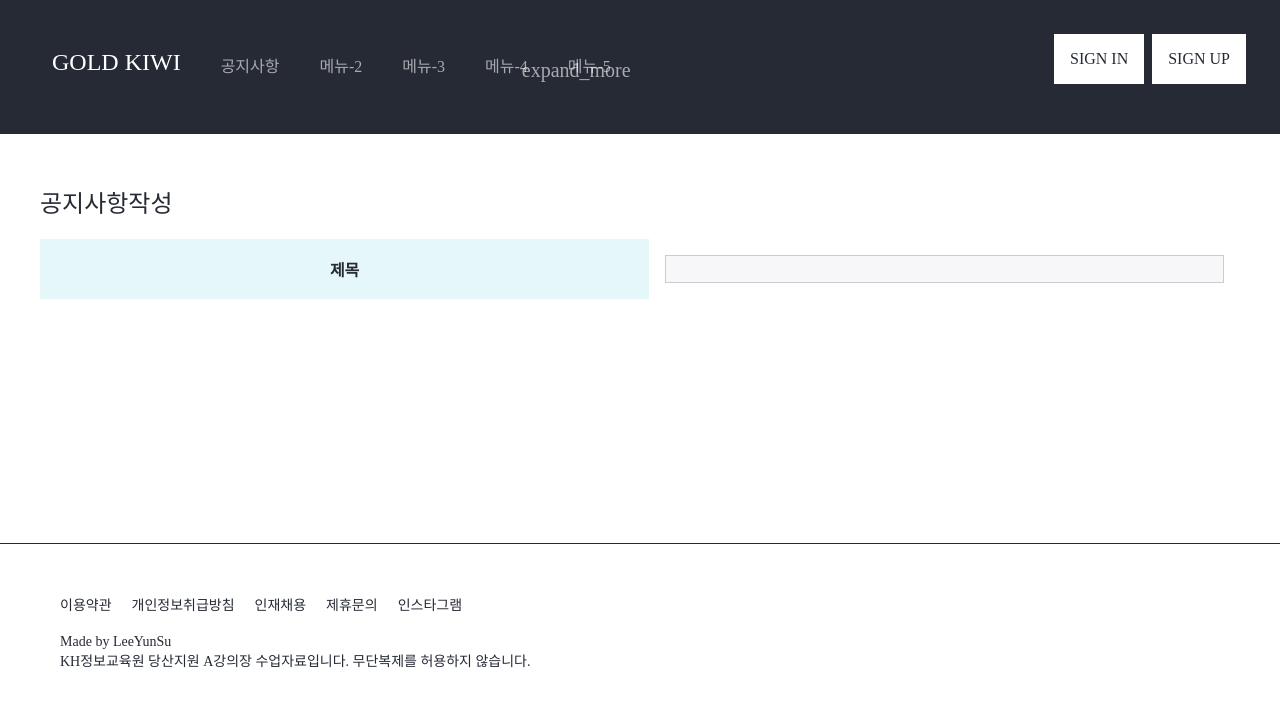
Repository: RiboKim/web-workspace
Page: http://localhost/07_mvc2WebProject/noticeWriteFrm.do
An editor plug-in stored every save of this project. The page is shown before and after the next save, followed by the edit.
The browser window is 1280 px wide. The pictures show the whole page.
Some web fonts or font styles are not loaded; a fallback is used. The page is served by Tomcat 9. Other server files are loaded and not shown.

Above is the page before, as saved 2023-02-16 06:37:22.

### 07_mvc2WebProject/src/main/webapp/WEB-INF/views/notice/noticeWriteFrm.jsp
<%@ page language="java" contentType="text/html; charset=UTF-8"
    pageEncoding="UTF-8"%>
<!DOCTYPE html>
<html>
<head>
<meta charset="UTF-8">
<title>Insert title here</title>
</head>
<body>
	<%@include file="/WEB-INF/views/common/header.jsp" %>
	<div class="page-content">
		<div class="page-title">공지사항작성</div>
		<form action="/noticeWrite.do" method="post" enctype="multipart/form-data"> <!-- 첨부파일이 있는 경우에는 무조건 post -->
			<table class="tbl" id="noticeWrite">
				<tr class="tr-1">
					<th class="td-3">제목</th>
					<td colspan="3">
						<intpu type="text" name="noticeTitle" class="input-form">
					</td>
				</tr>
			</table>
		</form>
	</div>
	<%@include file="/WEB-INF/views/common/footer.jsp" %>
</body>
</html>

### 07_mvc2WebProject/src/main/webapp/WEB-INF/views/common/header.jsp
<%@page import="kr.or.iei.member.model.vo.Member"%>
<%@ page language="java" contentType="text/html; charset=UTF-8"
    pageEncoding="UTF-8"%>
    <%
    	Member m = (Member)session.getAttribute("m");
    %>

	<!-- 구글 아이콘 -->
    <link href="https://fonts.googleapis.com/icon?family=Material+Icons" rel="stylesheet">
    <!-- jquery -->
    <script src="/js/jquery-3.6.0.js"></script>
    <!-- 기본 CSS -->
    <link rel="stylesheet" href="/css/default.css" />
    <!-- 기본 js -->
    <script src="/js/default.js"></script>

    <header>
      <div class="site-logo">
        <a href="/">GOLD KIWI</a>
      </div>
      <nav>
        <ul class="navi">
          <li><a href="/noticeList.do">공지사항</a></li>
          <li><a href="#">메뉴-2</a></li>
          <li><a href="#">메뉴-3</a></li>
          <li><a href="#">메뉴-4</a></li>
          <li>
			<a href="#">메뉴-5</a>
            <ul class="sub-navi">
              <li><a href="#">sub-1</a></li>
              <li><a href="#">sub-2</a></li>
              <li><a href="#">sub-3</a></li>
            </ul>
           </li>
        </ul>
      </nav>
      <div class="header-link">
      <%if(m == null){ %>
        <button class="btn bc11 modal-open-btn" target="#login-modal">SIGN IN</button>
        <a class="btn bc11" href="/signupFrm.do">SIGN UP</a>
      <%}else{ %>
      <%--<a class="btn bc11" href="/mypage1.do"><%=m.getMemberName() %></a> --%>
      <%--memberId를 mypage2.do로 넘겨주는거 --%>
      <a class="btn bc11" href="/mypage2.do?memberId=<%=m.getMemberId() %>"><%=m.getMemberName() %></a>

      <a class="btn bc11" href="/logout.do">LOGOUT</a>
      <%} %>
      </div>
    </header>
    <%if(m == null) {%>
    <div id="login-modal" class="modal-bg">
      <div class="modal-wrap">
        <div class="modal-head">
          <h2>SIGN IN</h2>
          <span class="material-icons close-icon modal-close">close</span>
        </div>
        <form action="/signin.do" method="post">
        <div class="modal-content">
          <div class="input-box">
          	<label for="signId">아이디</label>
          	<input type="text" name="signId" id="signId" class="input-form" placeholder="아이디입력">
          </div>
          <div class="input-box">
          	<label for="signPw">비밀번호</label>
          	<input type="password" name="signPw" id="signPw" class="input-form" placeholder="비밀번호입력">
          </div>
          <div class="input-box link-box">
          	<a href="#">아이디/비밀번호 찾기</a>
          </div>
        </div>
        <div class="modal-foot">
          <button type="submit" class="btn bc11">로그인</button>
          <button type="button" class="btn bc1 modal-close">취소</button>
        </div>
        </form>
      </div>
    </div>
    <%}%>

### 07_mvc2WebProject/src/main/webapp/WEB-INF/views/common/footer.jsp
<%@ page language="java" contentType="text/html; charset=UTF-8"
    pageEncoding="UTF-8"%>
	<footer>
      <div class="footer-content">
        <ul>
          <li><a href="#">이용약관</a></li>
          <li><a href="#">개인정보취급방침</a></li>
          <li><a href="#">인재채용</a></li>
          <li><a href="#">제휴문의</a></li>
          <li><a href="#">인스타그램</a></li>
        </ul>
        <p>Made by LeeYunSu</p>
        <p>
          KH정보교육원 당산지원 A강의장 수업자료입니다. 무단복제를 허용하지
          않습니다.
        </p>
      </div>
    </footer>

### 07_mvc2WebProject/src/main/java/kr/or/iei/notice/model/controller/NoticeWriteFrmServlet.java
package kr.or.iei.notice.model.controller;

import java.io.IOException;

import javax.servlet.RequestDispatcher;
import javax.servlet.ServletException;
import javax.servlet.annotation.WebServlet;
import javax.servlet.http.HttpServlet;
import javax.servlet.http.HttpServletRequest;
import javax.servlet.http.HttpServletResponse;

/**
 * Servlet implementation class NoticeWriteFrmServlet
 */
@WebServlet(name = "NoticeWriteFrm", urlPatterns = { "/noticeWriteFrm.do" })
public class NoticeWriteFrmServlet extends HttpServlet {
	private static final long serialVersionUID = 1L;

    /**
     * @see HttpServlet#HttpServlet()
     */
    public NoticeWriteFrmServlet() {
        super();
        // TODO Auto-generated constructor stub
    }

	/**
	 * @see HttpServlet#doGet(HttpServletRequest request, HttpServletResponse response)
	 */
	protected void doGet(HttpServletRequest request, HttpServletResponse response) throws ServletException, IOException {
		//1.인코딩
		//2.값추출
		//3.비즈니스로직
		//4.결과처리
		RequestDispatcher view = request.getRequestDispatcher("/WEB-INF/views/notice/noticeWriteFrm.jsp");
		view.forward(request, response);
	}

	/**
	 * @see HttpServlet#doPost(HttpServletRequest request, HttpServletResponse response)
	 */
	protected void doPost(HttpServletRequest request, HttpServletResponse response) throws ServletException, IOException {
		// TODO Auto-generated method stub
		doGet(request, response);
	}

}

### 07_mvc2WebProject/src/main/webapp/css/default.css
/* 사용할 font 선언 */
@font-face {
  font-family: ns-thin;
  src: url(../font/NotoSansKR-Thin.otf);
}
@font-face {
  font-family: ns-light;
  src: url(../font/NotoSansKR-Light.otf);
}
@font-face {
  font-family: ns-m;
  src: url(../font/NotoSansKR-Medium.otf);
}
@font-face {
  font-family: ns-bold;
  src: url(../font/NotoSansKR-Bold.otf);
}
@font-face {
  font-family: ns-black;
  src: url(../font/NotoSansKR-Black.otf);
}
/*
    사이트 사용 색상
    balck : #252A34
    darkgray : #393E46
    lightgray : #EEEEEE
    dark-mint : #00ADB5
    mint : #08D9D6
    point-red : #FF2E63
    point-pink : #F85F73
    point-violet : #892CDC
*/
/* 전체태그 기본 margin, padding 제거 */
/* 기본 글씨 색 및 폰트 설정 */

* {
  margin: 0;
  padding: 0;
  color: #252a34;
  font-family: ns-m;
}
body {
  display: flex;
  flex-direction: column;
  min-height: 100vh;
}
/* 기본화면 레이아웃 */
a {
  text-decoration: none;
}
header {
  background-color: #252a34;
  padding: 32px;
  display: flex;
  min-width: 1200px;
}
header > *:not(.header-link) {
  float: left;
}
header > .site-logo {
  padding: 0px 20px;
}
header > .site-logo > a {
  color: #fff;
  font-family: ns-bold;
  font-size: 24px;
  line-height: 60px;
}
header > nav {
  flex-grow: 1;
}

header > nav > .navi {
  list-style-type: none;
}
header > nav > .navi > li {
  float: left;
  position: relative;
}
header > nav > .navi > li > a {
  display: block;
  color: rgba(255, 255, 255, 0.6);
  padding: 5px 20px;
  transition-duration: 0.5s;
  line-height: 60px;
}
header > nav > .navi > li:hover > a,
header > nav > .navi > li:hover > a + span {
  color: rgba(255, 255, 255, 1);
}
header > nav > .navi > li:hover > .sub-navi {
  display : block;
}
header > nav .sub-navi {
  position: absolute;
  background-color: #fff;
  list-style-type: none;
  display: none;
  border: 1px solid rgba(0, 0, 0, 0.2);
  left: 10px;
  min-width: 10rem;
}
header > nav .sub-navi > li {
  padding: 0.25rem 1rem;
}
header > nav .sub-navi > li > a {
  display: block;
}
header > nav .sub-navi > li:hover {
  background-color: rgba(0, 0, 0, 0.05);
}
.material-icons.dropdown {
  font-size: 20px;
  color: rgba(255, 255, 255, 0.6);
  position: absolute;
  right: 0px;
  top: 27px;
  transition-duration: 0.5s;
}
.material-icons.dropdown:hover {
  cursor: pointer;
}
.page-content {
  width: 1200px;
  margin: 30px auto;
  margin-bottom: 10px;
  flex-grow: 1;
}
.page-title {
  font-family: ns-bold;
  padding: 20px 0px;
  font-size: 1.5rem;
}
footer {
  padding: 50px;
  border-top: 1px solid #252a34;
}
footer > .footer-content {
  width: 1200px;
  margin: 0 auto;
  padding: 0px 10px;
}
footer > .footer-content * {
  font-size: 14px;
}
footer > .footer-content > ul {
  list-style-type: none;
  overflow: hidden;
  margin-bottom: 20px;
}
footer > .footer-content > ul > li {
  float: left;
}
footer > .footer-content > ul > li > a {
  padding-right: 20px;
}

/* font 클래스*/
.f-thin {
  font-family: ns-thin;
}
.f-light {
  font-family: ns-light;
}
.f-medium {
  font-family: ns-m;
}
.f-bold {
  font-family: ns-bold;
}
.f-black {
  font-family: ns-black;
}

/* 글씨 색 */
.fc-1 {
  color: #252a34;
}
.fc-2 {
  color: #393e46;
}
.fc-3 {
  color: #eeeeee;
}
.fc-4 {
  color: #00adb5;
}
.fc-5 {
  color: #08d9d6;
}
.fc-6 {
  color: #ff2e63;
}
.fc-7 {
  color: #f85f73;
}
.fc-8 {
  color: #892cdc;
}

/* 배경 색*/
.bg-1 {
  background-color: #252a34;
}
.bg-2 {
  background-color: #393e46;
}
.bg-3 {
  background-color: #eeeeee;
}
.bg-4 {
  background-color: #00adb5;
}
.bg-5 {
  background-color: #08d9d6;
}
.bg-6 {
  background-color: #ff2e63;
}
.bg-7 {
  background-color: #f85f73;
}
.bg-8 {
  background-color: #892cdc;
}

/* 테이블 디자인 */
.tbl {
  width: 100%;
  border-spacing: 0px;
  border-collapse: collapse;
}
.tbl th,
.tbl td {
  padding: 1rem;
  text-align: center;
}
.tbl .tr-1 {
  background-color: rgba(255, 255, 255, 1);
}
.tbl .tr-2 {
  background-color: rgba(57, 62, 70, 0.1);
}
.tbl .tr-3 {
  background-color: rgba(0, 173, 181, 0.1);
}
.tbl .tr-4 {
  background-color: rgba(137, 44, 220, 0.1);
}
.tbl .tr-5 {
  background-color: rgba(255, 46, 999, 0.1);
}
.tbl .td-1 {
  background-color: rgba(255, 255, 255, 1);
}
.tbl .td-2 {
  background-color: rgba(57, 62, 70, 0.1);
}
.tbl .td-3 {
  background-color: rgba(0, 173, 181, 0.1);
}
.tbl .td-4 {
  background-color: rgba(137, 44, 220, 0.1);
}
.tbl .td-5 {
  background-color: rgba(255, 46, 999, 0.1);
}
.tbl.tbl-hover .tr-1:hover {
  background-color: rgba(0, 0, 0, 0.05);
}
.tbl.tbl-hover .tr-2:hover {
  background-color: rgba(57, 62, 70, 0.15);
}
.tbl.tbl-hover .tr-3:hover {
  background-color: rgba(0, 173, 181, 0.15);
}
.tbl.tbl-hover .tr-4:hover {
  background-color: rgba(137, 44, 220, 0.15);
}
.tbl.tbl-hover .tr-5:hover {
  background-color: rgba(255, 46, 999, 0.15);
}

/* 버튼 디자인 */
.btn {
  border: none;
  padding: 1rem;
  display: inline-block;
  box-sizing: border-box;
  transition-duration: 0.5s;
  font-size: 16px;
  font-family: ns-light;
}
.bc1 {
  background-color: rgba(37, 42, 52, 0.9);
  color: #fff;
  border: 2px solid rgba(37, 42, 52, 0.9);
}
.bc1:hover {
  background-color: rgba(37, 42, 52, 1);
  cursor: pointer;
}
.bc2 {
  background-color: rgba(57, 62, 70, 0.9);
  color: #fff;
  border: 2px solid rgba(57, 62, 70, 0.9);
}
.bc2:hover {
  background-color: rgba(57, 62, 70, 1);
  cursor: pointer;
}
.bc3 {
  background-color: rgba(238, 238, 238, 0.9);
  color: #252a34;
  border: 2px solid rgba(238, 238, 238, 0.9);
}
.bc3:hover {
  background-color: rgba(238, 238, 238, 1);
  cursor: pointer;
}
.bc4 {
  background-color: rgba(0, 173, 181, 0.9);
  color: #fff;
  border: 2px solid rgba(0, 173, 181, 0.9);
}
.bc4:hover {
  background-color: rgba(0, 173, 181, 1);
  cursor: pointer;
}
.bc5 {
  background-color: rgba(8, 217, 214, 0.9);
  color: #fff;
  border: 2px solid rgba(8, 217, 214, 0.9);
}
.bc5:hover {
  background-color: rgba(8, 217, 214, 1);
  cursor: pointer;
}
.bc6 {
  background-color: rgba(255, 46, 99, 0.9);
  color: #fff;
  border: 2px solid rgba(255, 46, 99, 0.9);
}
.bc6:hover {
  background-color: rgba(255, 46, 99, 1);
  cursor: pointer;
}
.bc7 {
  background-color: rgba(248, 95, 115, 0.9);
  color: #fff;
  border: 2px solid rgba(248, 95, 115, 0.9);
}
.bc7:hover {
  background-color: rgba(248, 95, 115, 1);
  cursor: pointer;
}
.bc8 {
  background-color: rgba(137, 44, 220, 0.9);
  color: #fff;
  border: 2px solid rgba(137, 44, 220, 0.9);
}
.bc8:hover {
  background-color: rgba(137, 44, 220, 1);
  cursor: pointer;
}
.bc11 {
  color: rgba(37, 42, 52, 1);
  background-color: #fff;
  border: 2px solid rgba(37, 42, 52, 1);
}
.bc11:hover {
  background-color: rgba(37, 42, 52, 1);
  cursor: pointer;
  color: #fff;
}
.bc22 {
  color: rgba(57, 62, 70, 1);
  background-color: #fff;
  border: 2px solid rgba(57, 62, 70, 1);
}
.bc22:hover {
  background-color: rgba(57, 62, 70, 1);
  cursor: pointer;
  color: #fff;
}
.bc33 {
  color: rgba(37, 42, 52, 1);
  background-color: #fff;
  border: 2px solid rgba(238, 238, 238, 1);
}
.bc33:hover {
  background-color: rgba(238, 238, 238, 1);
  cursor: pointer;
  color: rgba(37, 42, 52, 1);
}
.bc44 {
  color: rgba(0, 173, 181, 1);
  background-color: #fff;
  border: 2px solid rgba(0, 173, 181, 1);
}
.bc44:hover {
  background-color: rgba(0, 173, 181, 1);
  color: #fff;
  cursor: pointer;
}
.bc55 {
  color: rgba(8, 217, 214, 1);
  background-color: #fff;
  border: 2px solid rgba(8, 217, 214, 1);
}
.bc55:hover {
  background-color: rgba(8, 217, 214, 1);
  color: #fff;
  cursor: pointer;
}
.bc66 {
  color: rgba(255, 46, 99, 1);
  background-color: #fff;
  border: 2px solid rgba(255, 46, 99, 1);
}
.bc66:hover {
  background-color: rgba(255, 46, 99, 1);
  color: #fff;
  cursor: pointer;
}
.bc77 {
  color: rgba(248, 95, 115, 1);
  background-color: #fff;
  border: 2px solid rgba(248, 95, 115, 1);
}
.bc77:hover {
  background-color: rgba(248, 95, 115, 1);
  color: #fff;
  cursor: pointer;
}
.bc88 {
  color: rgba(137, 44, 220, 1);
  background-color: #fff;
  border: 2px solid rgba(137, 44, 220, 1);
}
.bc88:hover {
  background-color: rgba(137, 44, 220, 1);
  color: #fff;
  cursor: pointer;
}
.bs1 {
  padding: 1rem;
}
.bs2 {
  padding: 1.5rem;
  font-size: 1.1em;
}
.bs3 {
  padding: 2rem;
  font-size: 1.2em;
}
.bs4 {
  width: 100%;
  padding: 2rem;
  font-size: 1.2em;
}
/* input 디자인 */
.input-form {
  width: 100%;
  display: block;
  padding: 0.8rem;
  background-color: #fff;
  outline: none;
  border: 1px solid #ccc;

  box-sizing: border-box;
}
.input-form:focus {
  box-shadow: 0 0 0 0.1rem #eee;
}

textarea.input-form {
  resize: none;
  min-height: 300px;
}
.input-form:read-only:not(select),
.input-form:disabled {
  background-color: #f7f7f9;
}
/* 페이징 디자인 */
.pagination {
  list-style-type: none;
  display: flex;
  justify-content: center;
  align-items: center;
}
.pagination > li {
  width: 40px;
  height: 40px;
  text-align: center;
  line-height: 40px;
  overflow: hidden;
}
.pagination.circle-style > li {
  border-radius: 50%;
}
.pagination > li > a.page-item {
  display: block;
  width: 100%;
  height: 100%;
  font-size: 18px;
}
.pagination > li > a.page-item > span.material-icons {
  display: block;
  width: 100%;
  height: 100%;
  line-height: 40px;
}
.pagination .page-item.active-page {
  background-color: #252a34;
  color: #fff;
}
/*게시물 표현*/
.posting-wrap {
  display: flex;
  flex-wrap: wrap;
}
.posting-wrap .posting-item {
  box-sizing: border-box;
  width: calc(100% / 5);
  padding: 20px;
}
.posting-wrap .posting-item .posting-img img {
  width: 100%;
  height: 200px;
}
.posting-wrap .posting-item .posting-content {
  width: 80%;
  margin: 0 auto;
}
.posting-wrap .posting-item:hover {
  box-shadow: 0 2px 10px 0 rgba(0, 0, 0, 0.2);
}
/* 댓글 */
.posting-comment {
  display: flex;
  border-top: 2px solid #ccc;

  list-style-type: none;
}
.posting-comment > li {
  box-sizing: border-box;
}
.posting-comment > li:first-child {
  width: 15%;
  display: flex;
  justify-content: center;
  align-items: center;
  min-height: 100px;
  border-right: 1px solid #ccc;
}
.posting-comment.reply > li:first-child {
  width: 20%;
}
.posting-comment > li:first-child .material-icons {
  font-size: 80px;
  color: #ccc;
}
.posting-comment.reply > li:first-child .material-icons:first-child {
  font-size: 40px;
  color: #ccc;
}
.posting-comment.reply > li:last-child {
  display: flex;
  flex-direction: column;
  width: 80%;
}
.posting-comment > li:last-child {
  display: flex;
  flex-direction: column;
  width: 85%;
}
.posting-comment > li:last-child > p {
  width: 100%;
  padding: 5px;
  box-sizing: border-box;
}
.posting-comment > li:last-child > .comment-info > span {
  padding: 0px 10px;
}
.posting-comment > li:last-child > .comment-info > span:not(:last-child) {
  border-right: 2px solid #ccc;
}
.posting-comment > li:last-child > .comment-content {
  padding: 0px 15px;
}
.posting-comment > li:last-child > .comment-link {
  text-align: right;
}
.posting-comment > li:last-child > .comment-link > a {
  margin: 0px 5px;
}
.posting-comment > li:last-child > .comment-link > a:hover {
  text-decoration: underline;
}

/*모달*/
.modal-bg {
  background-color: rgba(0, 0, 0, 0.3);
  position: fixed;
  width: 100%;
  height: 100vh;
  display: none;
  align-items: center;
  flex-direction: column;
}
.modal-wrap {
  margin-top: 150px;
  width: 600px;
  background: #fff;
  height: auto;
}
.modal-wrap div {
  padding: 1rem;
}
.modal-wrap div:not(:last-child) {
  border-bottom: 1px solid #ccc;
}
.modal-wrap .modal-foot {
  text-align: right;
}
.modal-wrap div.modal-head {
  position: relative;
}
.close-icon {
  position: absolute;
  top: 16px;
  right: 16px;
  font-size: 30px;
}
.close-icon:hover {
  cursor: pointer;
}

### 07_mvc2WebProject/src/main/webapp/js/default.js
$(function () {
  $(document).on("click", ".modal-open-btn", function () {
    $($(this).attr("target")).css("display", "flex");
  });
  $(document).on("click", ".modal-close", function () {
    $(this).parents(".modal-wrap").parent().css("display", "none");
  });
  $(".sub-navi").prev().after("<span class='material-icons dropdown'>expand_more</span>");
});
function alertFunc(icon){
	swal({
        title: '제목',
        text: '내용내용내용',
        icon: icon
      });
      //이후 페이지 이동 시 추가
      /*
      .then(function(){
    	 window.location = "${loc}";
      });
      */
}

Loaded but not shown: 07_mvc2WebProject/src/main/webapp/js/jquery-3.6.0.js (library)

After the next save:
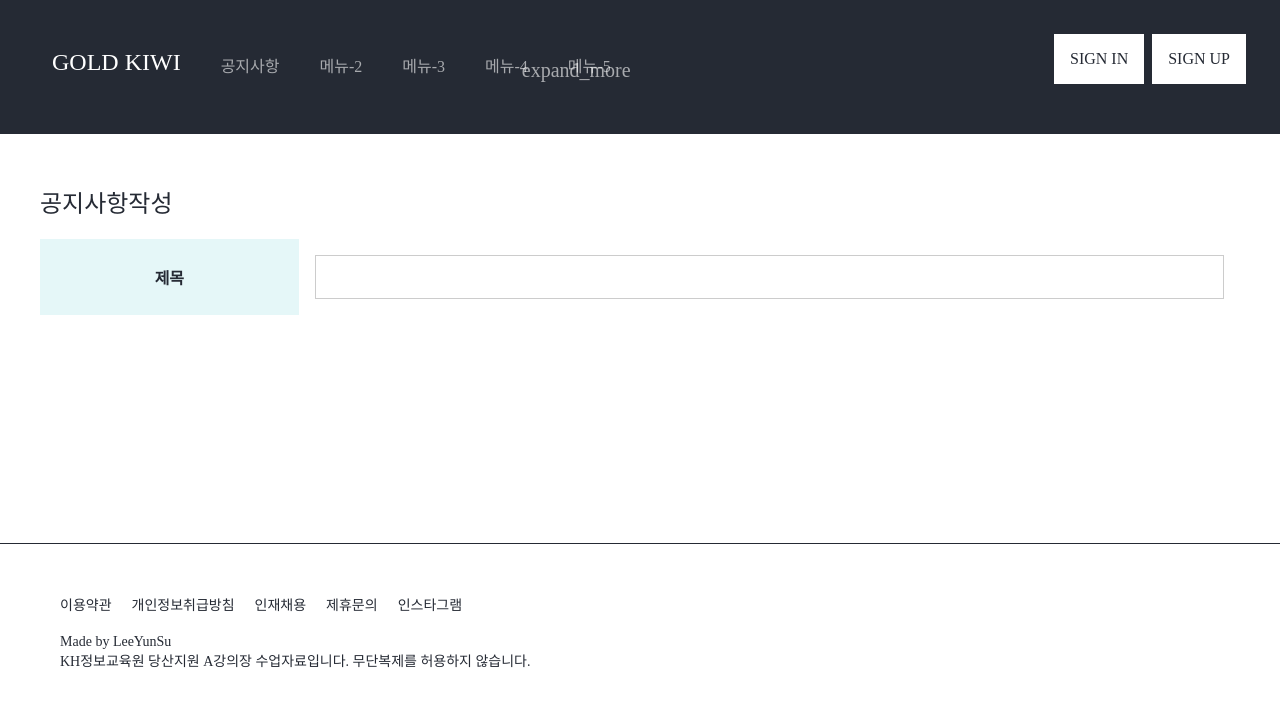
Saved 2 s later.
--- a/07_mvc2WebProject/src/main/webapp/WEB-INF/views/notice/noticeWriteFrm.jsp
+++ b/07_mvc2WebProject/src/main/webapp/WEB-INF/views/notice/noticeWriteFrm.jsp
@@ -15,7 +15,7 @@
 				<tr class="tr-1">
 					<th class="td-3">제목</th>
 					<td colspan="3">
-						<intpu type="text" name="noticeTitle" class="input-form">
+						<input type="text" name="noticeTitle" class="input-form">
 					</td>
 				</tr>
 			</table>
